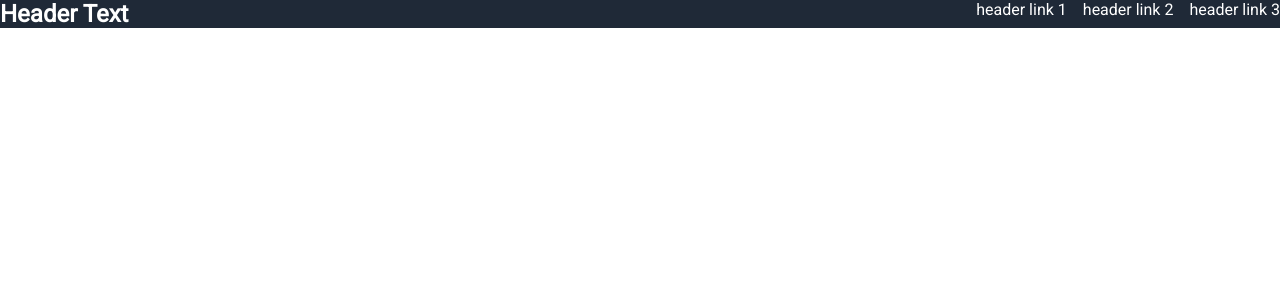
Repository: aaronestre/odin-landingpage
Page: index.html
The author's editor kept a copy of each file at every save. The page is drawn from the files as they stood at one save, then again after the next save.
The browser window is 1280 px wide. The pictures show the whole page.

Above is the page before, as saved 2025-02-12 19:50:00.

### index.html
<!DOCTYPE html>
<html lang="en">
    <head>
        <meta charset="UTF-8" />
        <meta http-equiv="X-UA-Compatible" content="IE=edge" />
        <meta name="viewport" content="width=device-width, initial-scale=1.0" />
        <link rel="stylesheet" href="index.css" />
        <link
            href="http://fonts.googleapis.com/css?family=Roboto"
            rel="stylesheet"
            type="text/css"
        />
        <style>
            body {
                font-family: "Roboto", sans-serif;
            }
        </style>
        <title>Odin Landing Page</title>
    </head>
    <body>
        <div class="header">
            <h1>Header Text</h1>
            <div class="header-right">
                <p>header link 1</p>
                <p>header link 2</p>
                <p>header link 3</p>
            </div>
        </div>
    </body>
</html>

### index.css
* {
    margin: 0;
    padding: 0;
    box-sizing: border-box;
}

.header {
    background-color: #1f2937;
    margin: 0px;
    width: 100%;
    color: white;
    font-family: Roboto;
    display: flex;
    justify-content: space-between;
}

.header h1 {
    font-size: 24px;
}

.header-right {
    display: flex;
    justify-content: flex-end;
    gap: 16px;
}

After the next save:
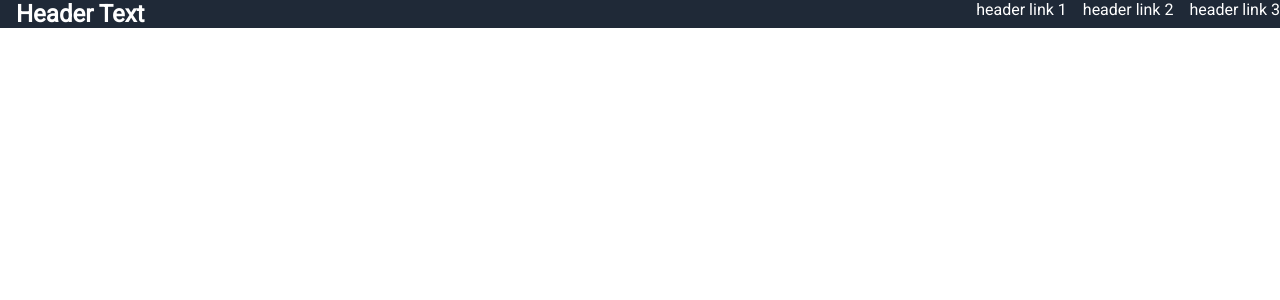
Saved 18 s later.
--- a/index.css
+++ b/index.css
@@ -15,6 +15,7 @@
 }
 
 .header h1 {
+    margin-left: 16px;
     font-size: 24px;
 }
 
